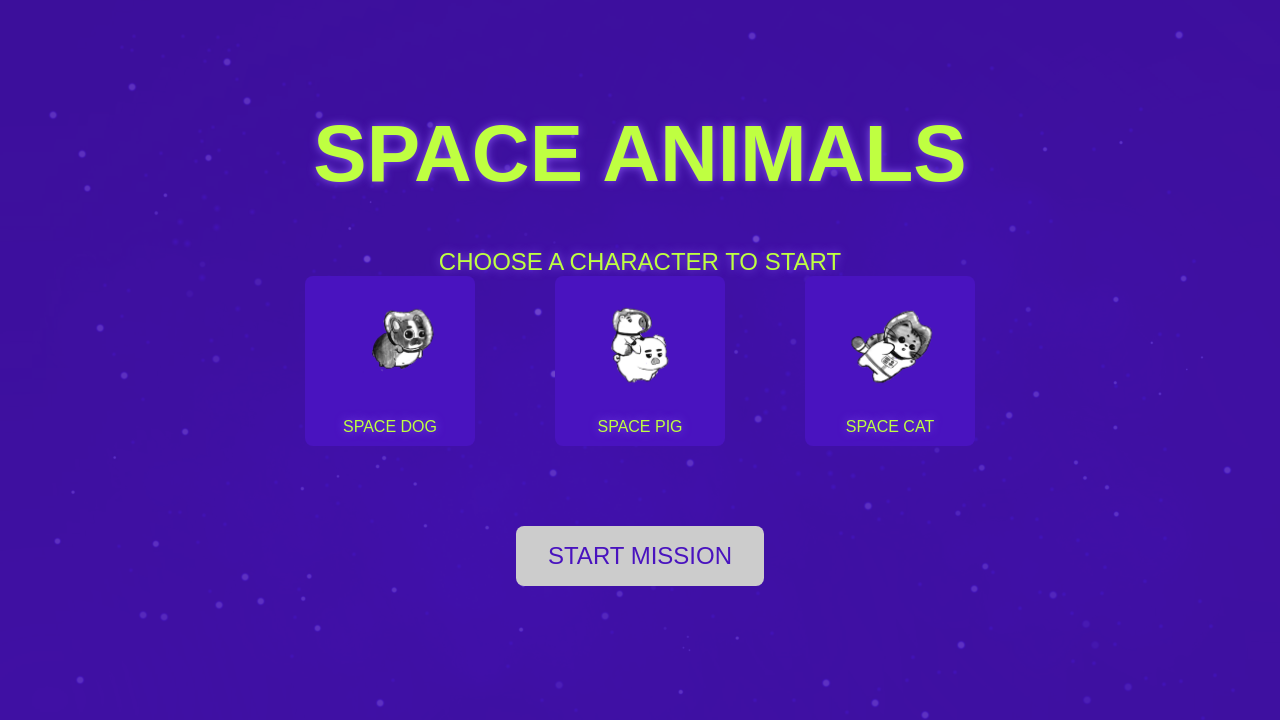
Repository: brunaguarizo/SpaceFarm
Page: index.html
An editor plug-in stored every save of this project. The page is shown before and after the next save, followed by the edit.
The browser window is 1280 px wide. The pictures show the whole page.
Some web fonts or font styles are not loaded; a fallback is used.

Above is the page before, as saved 2025-04-24 15:41:53.

### index.html
<!DOCTYPE html>
<html lang="en">
    <head>
        <meta charset="UTF-8" />
        <meta
            name="viewport"
            content="width=device-width, initial-scale=1.0" />
        <title>Space Adventure</title>
        <link
            rel="stylesheet"
            href="styles.css" />

        <link
            rel="preconnect"
            href="https://fonts.googleapis.com" />
        <link
            rel="preconnect"
            href="https://fonts.gstatic.com"
            crossorigin />
        <link
            href="https://fonts.googleapis.com/css2?family=Ranchers&display=swap"
            rel="stylesheet" />
    </head>
    <body>
        <div id="game-container">
            <!-- Character Selection Screen -->
            <div id="character-select">
                <h1> SPACE ANIMALS</h1>
                <div class="text"> CHOOSE A CHARACTER TO START<div/>
                <div class="character-options">
                    <div
                        class="character-option"
                        data-character="astronaut">
                        <div class="character-img">
                            <img
                                src="img/dog.png"
                                alt="Space Dog" />
                        </div>
                        <div class="character-label">SPACE DOG</div>
                    </div>
                    <div
                        class="character-option"
                        data-character="alien">
                        <div class="character-img">
                            <img
                                src="img/pig.png"
                                alt="Space Pig" />
                        </div>
                        <div class="character-label">SPACE PIG</div>
                    </div>
                    <div
                        class="character-option"
                        data-character="robot">
                        <div class="character-img">
                            <img
                                src="img/cat.png"
                                alt="Space Cat" />
                        </div>
                        <div class="character-label">SPACE CAT</div>
                    </div>
                </div>
                <button
                    id="confirm-btn"
                    disabled>
                    Start Mission
                </button>
            </div>

            <!-- Game Screen -->
            <div id="game-screen">
                <div id="player"></div>
                <div id="score-container">
                    <div id="score">Score: 0</div>
                    <button id="pause-btn">Pause</button>
                </div>
            </div>

            <!-- Pause Screen -->
            <div id="pause-screen">
                <h2>Game Paused</h2>
                <button id="resume-btn">Resume</button>
            </div>

            <!-- Game Over Screen -->
            <div id="game-over">
                <h2>Game Over</h2>
                <div id="final-score">Score: 0</div>
                <button id="restart-btn">Play Again</button>
            </div>
        </div>

        <script src="script.js"></script>
    </body>
</html>

### styles.css
body {
    margin: 0;
    padding: 0;
    overflow: hidden;
    font-family: var(--font-family);
    background-color: var(--mid-green);
}

#game-container {
    position: relative;
    width: 100vw;
    height: 100vh;
    background-image: url("img/space-bg.jpg");
    background-size: cover;
    overflow: hidden;
    justify-content: center;
}

/* ------------------------- Character Selection Screen ------------------------- */
#character-select {
    position: absolute;
    width: 100%;
    height: 100%;
    display: flex;
    flex-direction: column;
    justify-content: center;
    align-items: center;
    z-index: 10;
    background-color: rgba(
        73,
        19,
        191,
        0.8
    ); /* Using dark-purple with opacity */
}

#character-select h1 {
    color: var(--light-green);
    font-size: var(--header);
    margin-bottom: var(--space-large);
    text-shadow: 0 0 10px var(--mid-purple);
    text-align: center;
}

.text {
    color: var(--light-green);
    font-size: var(--text);
    margin-bottom: var(--space-extra-large);
    text-shadow: 0 0 10px var(--mid-purple);
    text-align: center;
    margin-bottom: var(--space-extra-large);
}

.character-options {
    display: flex;
    gap: var(--space-extra-large);
    margin-bottom: var(--space-extra-large);
}

.character-option {
    width: 150px;
    height: 150px;
    background-color: var(--dark-purple);
    border-radius: var(--space-small);
    display: flex;
    flex-direction: column;
    align-items: center;
    justify-content: center;
    cursor: pointer;
    transition: transform 0.3s, box-shadow 0.3s;
    padding: var(--space-small);
    border: 2px solid transparent;
    gap: var(--space-small);
}

.character-option:hover {
    transform: scale(1.05);
    box-shadow: 0 0 15px var(--light-purple);
}

.character-option.selected {
    border-color: var(--light-green);
    box-shadow: 0 0 20px var(--light-green);
}

.character-img {
    width: 100%;
    height: 100%;
    display: block;
}

.character-img img {
    width: 100%;
    height: 100%;
    object-fit: contain;
}

.character-label {
    color: var(--light-green);
    font-size: 16px;
    text-align: center;
    text-transform: uppercase;
}

#confirm-btn {
    padding: var(--space-regular) var(--space-medium);
    background-color: var(--light-green);
    color: var(--dark-purple);
    border: none;
    border-radius: var(--space-small);
    font-size: var(--text);
    font-family: var(--font-family);
    cursor: pointer;
    transition: background-color 0.3s;
    text-transform: uppercase;
}

#confirm-btn:hover {
    background-color: var(--mid-green);
}

#confirm-btn:disabled {
    background-color: #cccccc;
    cursor: not-allowed;
}

/* ------------------------- Game Screen -------------------------*/
#game-screen {
    display: none;
    position: absolute;
    width: 100%;
    height: 100%;
    z-index: 5;
}

#player {
    position: absolute;
    width: var(--space-large);
    height: var(--space-large);
    left: var(--space-extra-large);
    top: 50%;
    transform: translateY(-50%);
    line-height: 1;
    z-index: 5;
}

#player img {
    width: 100%;
    height: 100%;
    object-fit: contain;
}

.asteroid {
    position: absolute;
    width: var(--space-medium);
    height: var(--space-medium);
    border-radius: 50%;
    overflow: hidden;
    box-shadow: 0 0 15px var(--light-purple);
}

.asteroid img {
    width: 100%;
    height: 100%;
    object-fit: cover;
}

#score-container {
    position: absolute;
    top: var(--space-regular);
    right: var(--space-regular);
    display: flex;
    align-items: center;
    gap: var(--space-regular);
    z-index: 5;
}

#score {
    color: var(--light-green);
    font-size: var(--text);
    font-weight: bold;
    background-color: var(--dark-purple);
    padding: var(--space-small) var(--space-regular);
    border-radius: var(--space-small);
    border: 2px solid var(--light-green);
    text-transform: uppercase;
}

#pause-btn {
    background-color: var(--dark-purple);
    color: var(--light-green);
    border: 2px solid var(--light-green);
    border-radius: var(--space-small);
    font-size: var(--text);
    font-family: var(--font-family);
    padding: var(--space-small) var(--space-regular);
    cursor: pointer;
    transition: all 0.3s;
    text-transform: uppercase;
}

#pause-btn:hover {
    background-color: var(--mid-purple);
    box-shadow: 0 0 10px var(--light-purple);
}

/* ------------------------- Game Over Screen ------------------------- */
#game-over {
    display: none;
    position: absolute;
    top: 0;
    left: 0;
    width: 100%;
    height: 100%;
    background-color: rgba(
        73,
        19,
        191,
        0.8
    ); /* Using dark-purple with opacity */
    z-index: 15;
    flex-direction: column;
    justify-content: center;
    align-items: center;
}

#game-over h2 {
    color: var(--light-pink);
    font-size: var(--header);
    margin-bottom: var(--space-regular);
    text-shadow: 0 0 10px var(--mid-pink);
}

#final-score {
    color: var(--light-green);
    font-size: var(--text);
    margin-bottom: var(--space-extra-large);
}

#restart-btn {
    padding: var(--space-regular) var(--space-medium);
    background-color: var(--light-green);
    color: var(--dark-purple);
    border: none;
    border-radius: var(--space-small);
    font-size: var(--text);
    font-family: var(--font-family);
    cursor: pointer;
    transition: background-color 0.3s;
}

#restart-btn:hover {
    background-color: var(--mid-green);
}

/* Utility Classes */
.invisible {
    opacity: 0;
}

/* Pause Screen */
#pause-screen {
    display: none;
    position: absolute;
    top: 0;
    left: 0;
    width: 100%;
    height: 100%;
    background-color: rgba(
        73,
        19,
        191,
        0.8
    ); /* Using dark-purple with opacity */
    z-index: 12;
    flex-direction: column;
    justify-content: center;
    align-items: center;
    color: var(--light-green);
}

#pause-screen h2 {
    font-size: var(--header);
    margin-bottom: var(--space-extra-large);
}

#resume-btn {
    padding: var(--space-regular) var(--space-medium);
    background-color: var(--light-green);
    color: var(--dark-purple);
    border: none;
    border-radius: var(--space-small);
    font-size: var(--text);
    font-family: var(--font-family);
    cursor: pointer;
    transition: background-color 0.3s;
}

#resume-btn:hover {
    background-color: var(--mid-green);
}

/* --------------------------- variables  --------------------------- */
:root {
    --font-family: "Ranchers", sans-serif;
    --header: 80px;
    --text: 24px;

    --light-green: #bfff41;
    --mid-green: #a3de1a;
    --dark-green: #46b800;
    --light-pink: #ffc2ec;
    --mid-pink: #f0429c;
    --dark-pink: #910b64;
    --light-purple: #dcccff;
    --mid-purple: #8655ef;
    --dark-purple: #4913bf;

    --space-extra-small: 4px;
    --space-small: 8px;
    --space-regular: 16px;
    --space-medium: 32px;
    --space-large: 48px;
    --space-extra-large: 80px;
    --space-huge: 160px;
}

### script.js
// Game variables
let selectedCharacter = "";
let score = 0;
let playerElement;
let gameRunning = false;
let isPaused = false;
let playerY;
let asteroids = [];
let gameLoopInterval;
let asteroidInterval;
let gameHeight;
let gameWidth;

// Character image mapping - using the exact filenames from the img folder
const characterImages = {
    astronaut: "img/dog.png",
    alien: "img/pig.png",
    robot: "img/cat.png",
};

// Planet image options - using the exact filenames from the img folder
const planetImages = [
    "img/planet1.png",
    "img/planet2.png",
    "img/planet3.png",
    "img/planet4.png",
    "img/planet5.png",
    "img/planet6.png",
];

// DOM elements
const characterOptions = document.querySelectorAll(".character-option");
const confirmBtn = document.getElementById("confirm-btn");
const characterSelectScreen = document.getElementById("character-select");
const gameScreen = document.getElementById("game-screen");
const pauseBtn = document.getElementById("pause-btn");
const pauseScreen = document.getElementById("pause-screen");
const resumeBtn = document.getElementById("resume-btn");
const gameOverScreen = document.getElementById("game-over");
const finalScoreDisplay = document.getElementById("final-score");
const restartBtn = document.getElementById("restart-btn");
const scoreDisplay = document.getElementById("score");

// Initialize the game
function init() {
    console.log("Game initializing...");

    // Character selection event listeners
    characterOptions.forEach((option) => {
        option.addEventListener("click", () => {
            console.log("Character option clicked:", option.dataset.character);
            // Remove selected class from all options
            characterOptions.forEach((opt) => opt.classList.remove("selected"));
            // Add selected class to clicked option
            option.classList.add("selected");
            // Store selected character
            selectedCharacter = option.dataset.character;
            // Enable confirm button
            confirmBtn.disabled = false;
        });
    });

    // Confirm button event listener
    confirmBtn.addEventListener("click", startGame);

    // Pause button event listener
    pauseBtn.addEventListener("click", togglePause);

    // Resume button event listener
    resumeBtn.addEventListener("click", togglePause);

    // Restart button event listener
    restartBtn.addEventListener("click", restartGame);

    // Keyboard event listeners
    document.addEventListener("keydown", handleKeyPress);

    console.log("Game initialized successfully");
}

// Start the game
function startGame() {
    console.log("Starting game with character:", selectedCharacter);

    // Hide character selection screen
    characterSelectScreen.style.display = "none";
    // Show game screen
    gameScreen.style.display = "block";

    // Set up player
    playerElement = document.getElementById("player");
    const playerImagePath = characterImages[selectedCharacter];
    console.log("Loading player image:", playerImagePath);

    // Create image element with error handling
    const playerImg = document.createElement("img");
    playerImg.src = playerImagePath;
    playerImg.alt = "Player";
    playerImg.onerror = function () {
        console.error("Error loading player image:", playerImagePath);
        // Fallback to text if image fails to load
        playerElement.innerHTML = "Player";
    };
    playerElement.innerHTML = "";
    playerElement.appendChild(playerImg);

    // Initialize variables
    gameHeight = window.innerHeight;
    gameWidth = window.innerWidth;
    score = 0;
    updateScore();
    playerY = gameHeight / 2;
    gameRunning = true;
    isPaused = false;
    asteroids = [];

    // Position player
    updatePlayerPosition();

    // Start game loop
    gameLoopInterval = setInterval(gameLoop, 16); // ~60fps

    // Start spawning planets
    spawnPlanet(); // Spawn first planet immediately
    asteroidInterval = setInterval(spawnPlanet, 1500); // Then every 1.5 seconds

    console.log("Game started successfully");
}

// Game loop
function gameLoop() {
    if (!gameRunning || isPaused) return;

    // Move planets
    movePlanets();

    // Check collisions
    checkCollisions();
}

// Handle keyboard input
function handleKeyPress(e) {
    if (!gameRunning || isPaused) return;

    const moveDistance = 20;

    if (e.key === "ArrowUp" || e.key === "w") {
        // Move up
        playerY = Math.max(50, playerY - moveDistance);
        updatePlayerPosition();
    } else if (e.key === "ArrowDown" || e.key === "s") {
        // Move down
        playerY = Math.min(gameHeight - 50, playerY + moveDistance);
        updatePlayerPosition();
    }
}

// Update player position on screen
function updatePlayerPosition() {
    playerElement.style.top = `${playerY}px`;
}

// Spawn a new planet
function spawnPlanet() {
    if (!gameRunning || isPaused) return;

    // Create planet element
    const planet = document.createElement("div");
    planet.classList.add("asteroid"); // Keep the same class for styling

    // Set random planet type
    const planetType =
        planetImages[Math.floor(Math.random() * planetImages.length)];
    console.log("Loading planet image:", planetType);

    // Create image element with error handling
    const planetImg = document.createElement("img");
    planetImg.src = planetType;
    planetImg.alt = "Planet";
    planetImg.onerror = function () {
        console.error("Error loading planet image:", planetType);
        // Fallback to text if image fails to load
        planet.innerHTML = "Planet";
    };
    planet.appendChild(planetImg);

    // Set random position (y-axis)
    const planetY = Math.random() * (gameHeight - 100) + 50;

    // Set planet properties
    planet.style.left = `${gameWidth}px`;
    planet.style.top = `${planetY}px`;

    // Add to game screen
    gameScreen.appendChild(planet);

    // Add to asteroids array (keep the same array for simplicity)
    asteroids.push({
        element: planet,
        x: gameWidth,
        y: planetY,
        speed: Math.random() * 2 + 3, // Random speed between 3-5
        passed: false,
    });
}

// Move all planets
function movePlanets() {
    for (let i = asteroids.length - 1; i >= 0; i--) {
        const planet = asteroids[i];

        // Move planet
        planet.x -= planet.speed;
        planet.element.style.left = `${planet.x}px`;

        // Check if planet passed the player
        if (!planet.passed && planet.x < 100) {
            planet.passed = true;
            score += 10;
            updateScore();
        }

        // Remove planet if it's off-screen
        if (planet.x < -50) {
            gameScreen.removeChild(planet.element);
            asteroids.splice(i, 1);
        }
    }
}

// Check for collisions
function checkCollisions() {
    const playerRect = {
        x: 100,
        y: playerY - 30,
        width: 60,
        height: 60,
    };

    for (const planet of asteroids) {
        const planetRect = {
            x: planet.x,
            y: planet.y - 15,
            width: 30,
            height: 30,
        };

        // Check if player and planet rectangles intersect
        if (
            playerRect.x < planetRect.x + planetRect.width &&
            playerRect.x + playerRect.width > planetRect.x &&
            playerRect.y < planetRect.y + planetRect.height &&
            playerRect.y + playerRect.height > planetRect.y
        ) {
            // Collision detected
            gameOver();
            return;
        }
    }
}

// Update score display
function updateScore() {
    scoreDisplay.textContent = `Score: ${score}`;
}

// Toggle pause state
function togglePause() {
    isPaused = !isPaused;

    if (isPaused) {
        pauseScreen.style.display = "flex";
    } else {
        pauseScreen.style.display = "none";
    }
}

// Game over
function gameOver() {
    gameRunning = false;

    // Clear intervals
    clearInterval(gameLoopInterval);
    clearInterval(asteroidInterval);

    // Remove all planets
    asteroids.forEach((planet) => {
        gameScreen.removeChild(planet.element);
    });
    asteroids = [];

    // Update final score
    finalScoreDisplay.textContent = `Final Score: ${score}`;

    // Show game over screen
    gameOverScreen.style.display = "flex";
}

// Restart game
function restartGame() {
    // Clear planets
    asteroids.forEach((planet) => {
        if (planet.element.parentNode) {
            planet.element.parentNode.removeChild(planet.element);
        }
    });

    // Hide game over screen
    gameOverScreen.style.display = "none";

    // Go back to character selection
    gameScreen.style.display = "none";
    characterSelectScreen.style.display = "flex";

    // Reset character selection
    characterOptions.forEach((opt) => opt.classList.remove("selected"));
    confirmBtn.disabled = true;
    selectedCharacter = "";
}

// Initialize the game when the page loads
window.addEventListener("load", init);

After the next save:
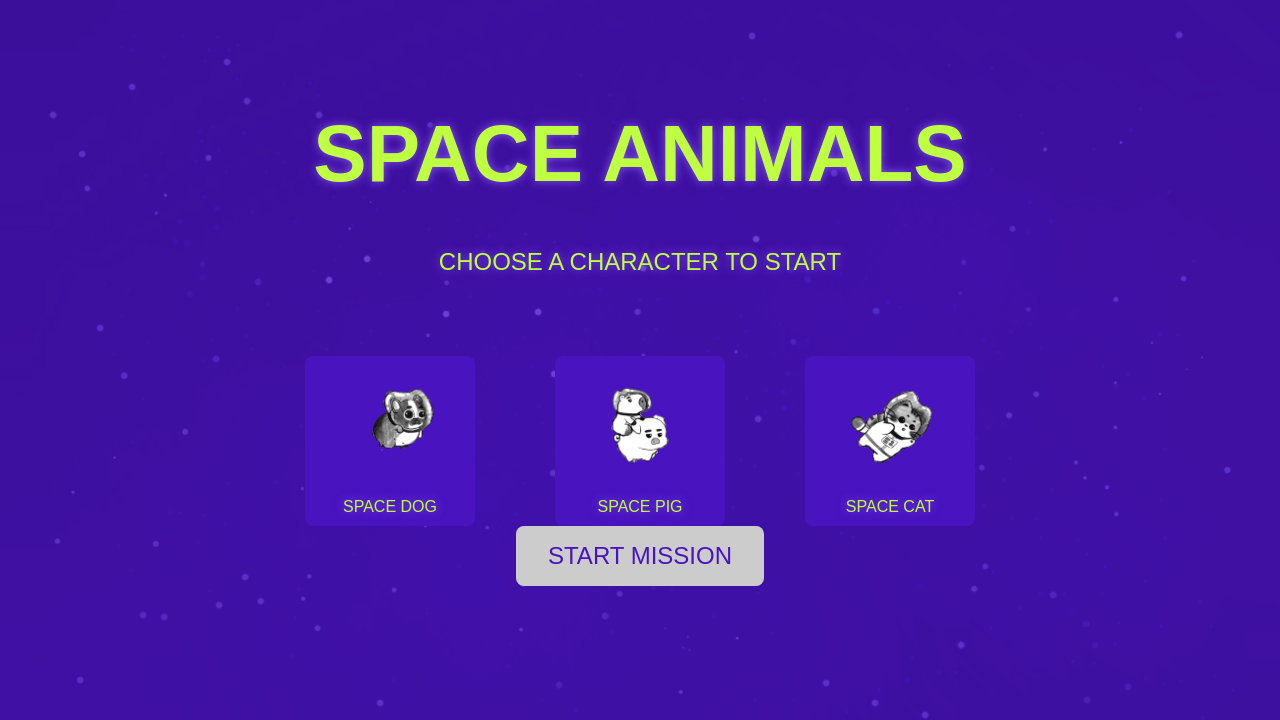
Saved 20 s later.
--- a/styles.css
+++ b/styles.css
@@ -54,7 +54,7 @@ body {
 .character-options {
     display: flex;
     gap: var(--space-extra-large);
-    margin-bottom: var(--space-extra-large);
+    margin-top: var(--space-extra-large);
 }
 
 .character-option {
